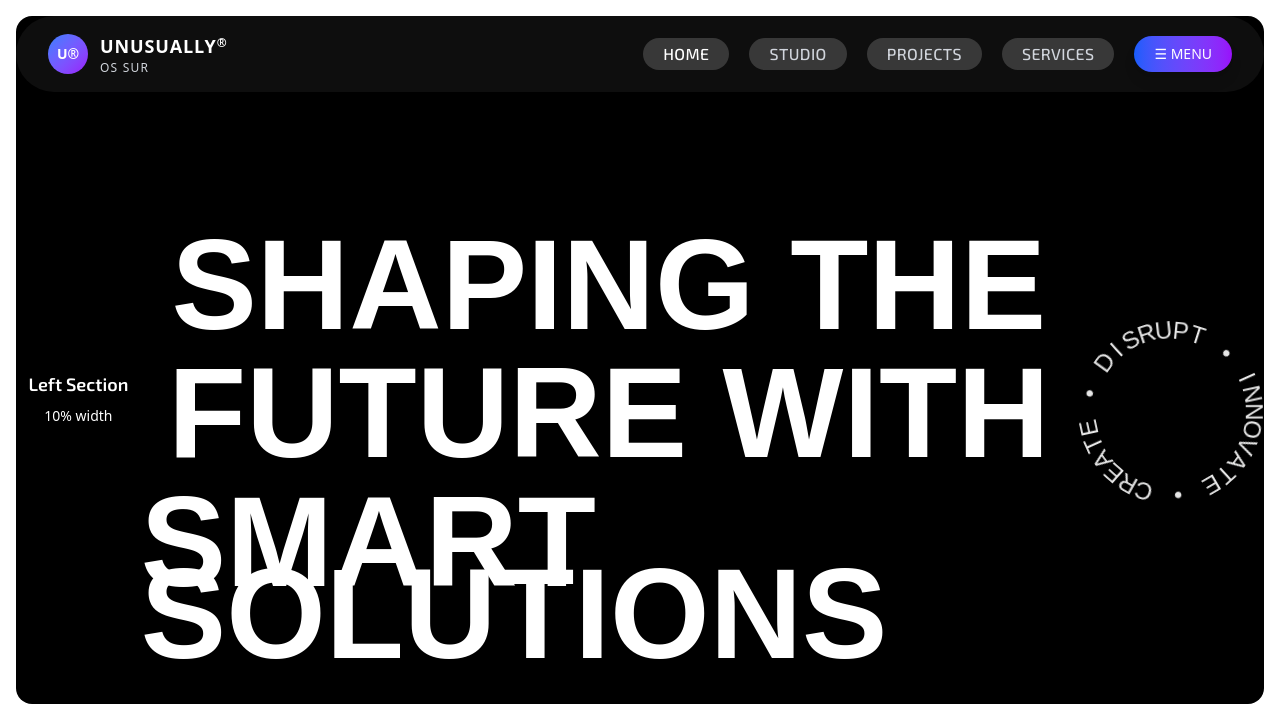
Repository: A-y-u-s-h-29/Digital-Express-India-With-Carrer-Page-And-RazorPay
Page: / (app in op/)
The author's editor kept a copy of each file at every save. The page is drawn from the files as they stood at one save, then again after the next save.
The browser window is 1280 px wide. The pictures show the whole page.
Some web fonts or font styles are not loaded; a fallback is used. The project was rebuilt for these pictures with package versions that can differ from the ones it lists, and the page was loaded fresh each time. Also part of the build but not shown: op/vite.config.js.

Above is the page before, as saved 2025-12-04 15:22:19.

After the next save:
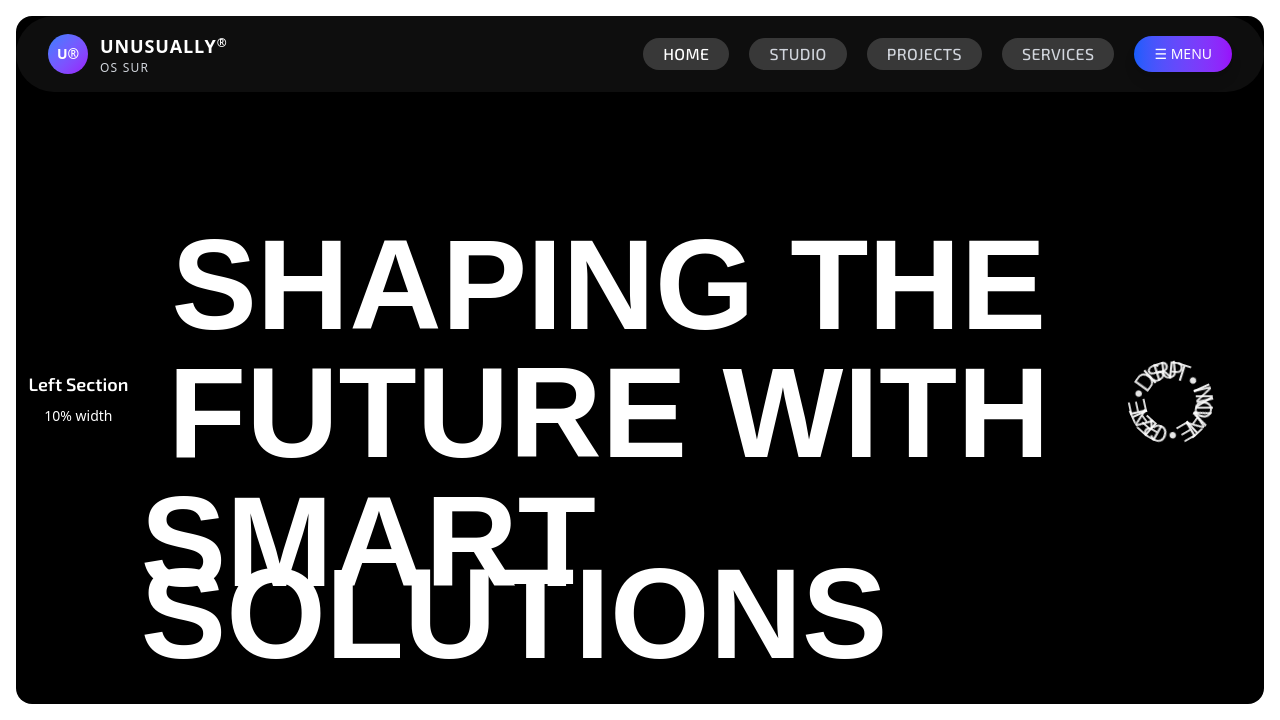
Saved 4 s later.
--- a/op/src/components/CircularText.jsx
+++ b/op/src/components/CircularText.jsx
@@ -86,7 +86,7 @@ const CircularText = ({
   return (
     <div className="flex min-h-[400px] items-center justify-center rounded-lg">
       <motion.div
-        className={`relative m-0 mx-auto h-[200px] w-[100px] origin-center cursor-pointer rounded-full text-center font-black text-white ${className}`}
+        className={`relative m-0 mx-auto h-[100px] w-[100px] origin-center cursor-pointer rounded-full text-center font-black text-white ${className}`}
         style={{ rotate: rotation }}
         initial={{ rotate: 0 }}
         animate={controls}
